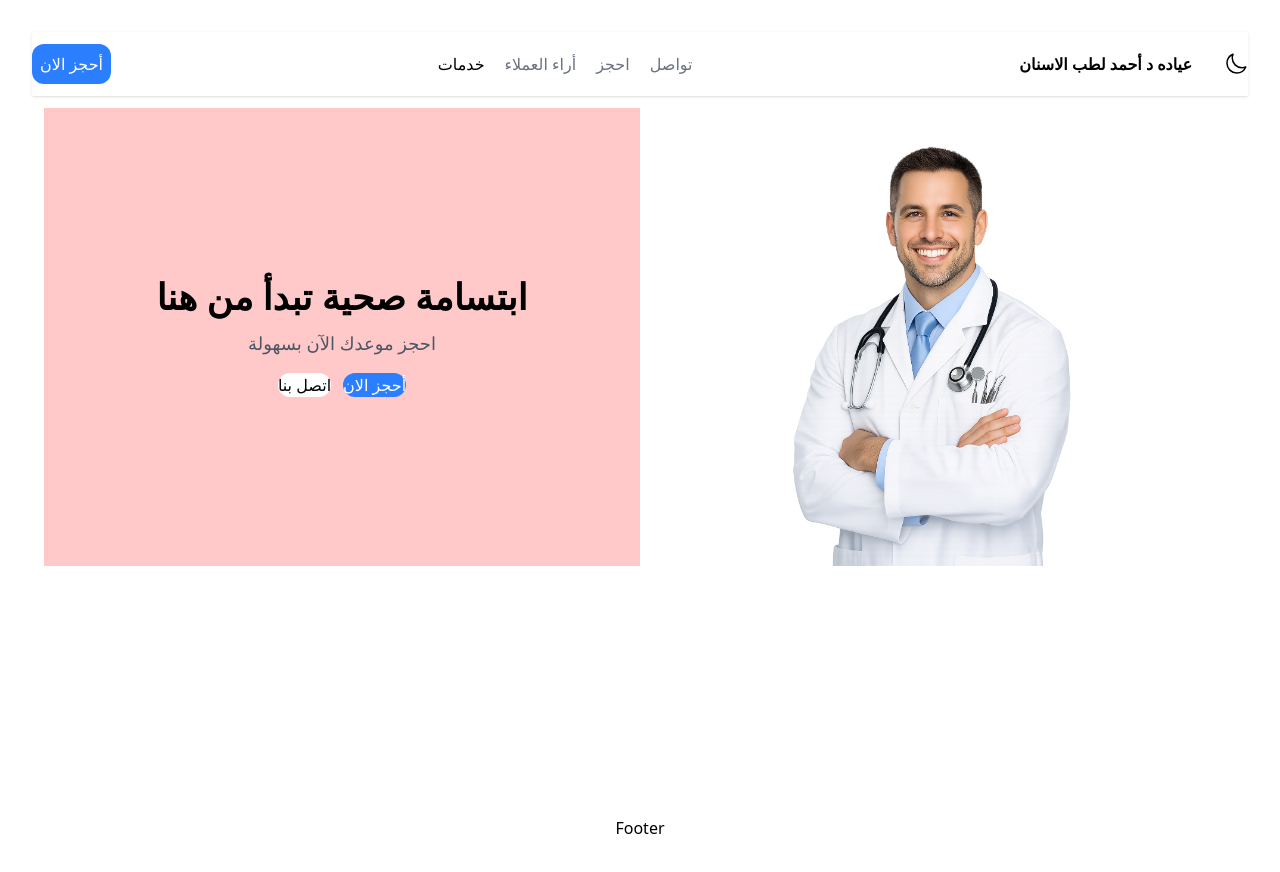
Repository: mohamedehab23-pro/clinic
Page: /
These files come from the project's save history. The page is drawn as it stood at one moment and after a run of saves; the edit follows.
The browser window is 1280 px wide. The pictures show the whole page.
The project was rebuilt for these pictures with package versions that can differ from the ones it lists, and the page was loaded fresh each time. Also part of the build but not shown: vite.config.js, src/Pages/AboutPage.jsx, src/Pages/ContactPage.jsx, src/Pages/NotFound.jsx, src/Components/Child.jsx, src/Components/Parent.jsx.

Above is the page before, as saved 2026-02-22 14:20:36.

After the next 6 saves:
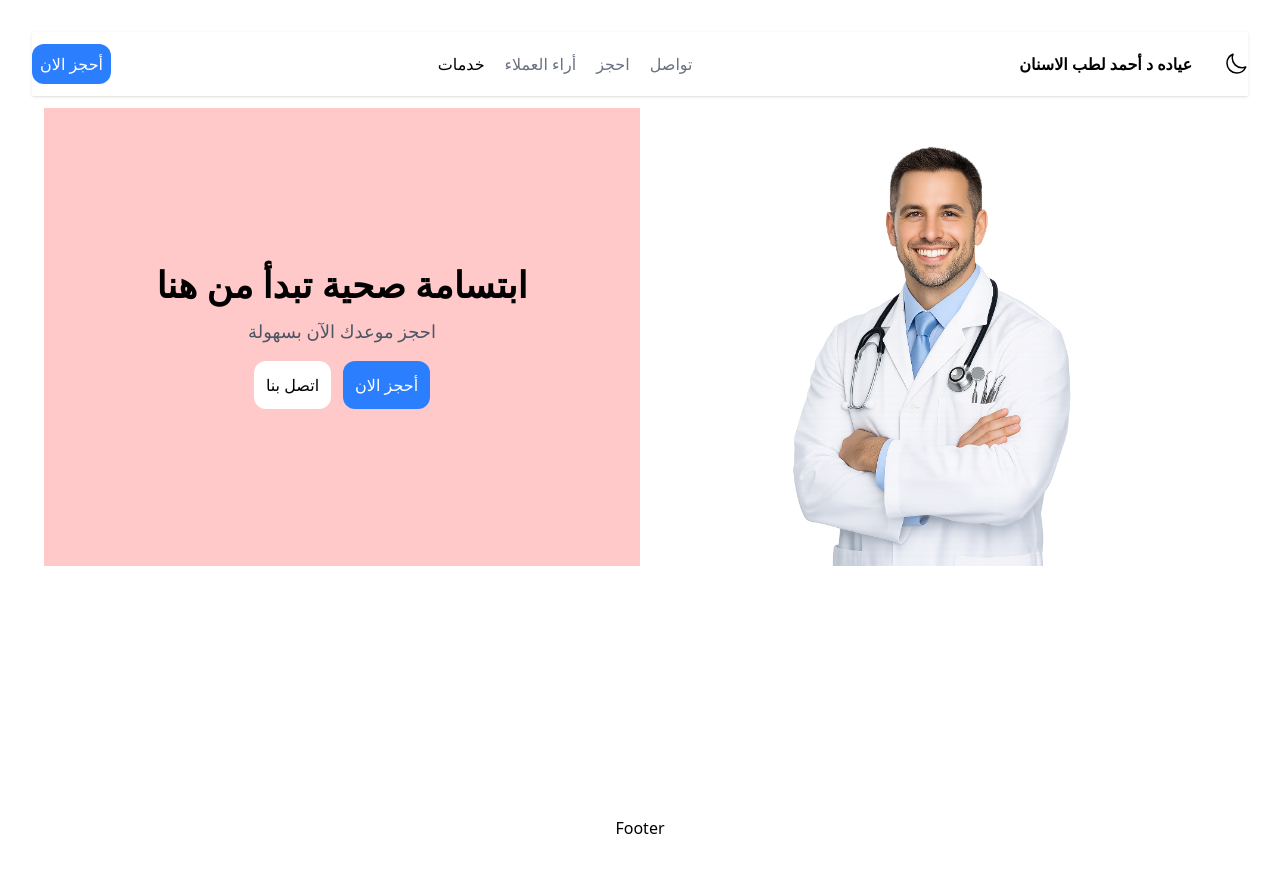
The 6 saves are shown as one change because they came seconds apart.
The last was saved 15 s later.
--- a/src/Pages/HeroPage.jsx
+++ b/src/Pages/HeroPage.jsx
@@ -9,9 +9,9 @@ export default function HomePage() {
 <h2 className='text-4xl font-bold '>ابتسامة صحية تبدأ من هنا</h2>
 <p className='text-gray-600 pt-3 text-lg'>احجز موعدك الآن بسهولة</p>
   <div className='flex gap-3 justify-center mt-4'>
-      <Button  bg={'bg-white '} color={'text-black'} text={'اتصل بنا'}/>
+      <Button padding={'p-3'} bg={'bg-white '} color={'text-black'} text={'اتصل بنا'}/>
 
-  <Button bg={'bg-blue-500'} hover={'hover:bg-blue-600'} color={'text-white'} text={'أحجز الان'}/>
+  <Button bg={'bg-blue-500'} padding={'p-3'} hover={'hover:bg-blue-600'} color={'text-white'} text={'أحجز الان'}/>
   </div>
 
 
